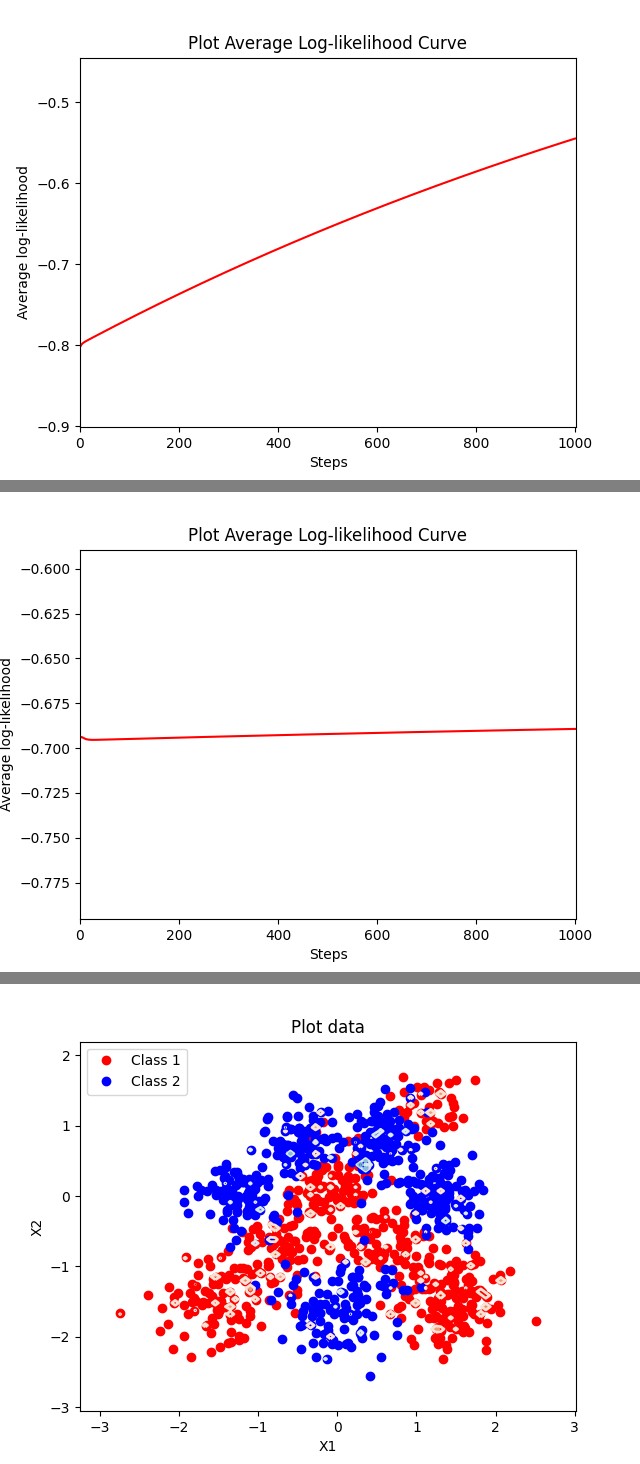
Repository: DhruvTrehan03/3F8
Script's output: python Lab.py
These files come from the project's save history. The script's output is drawn as it stood at one moment and after the next save; the edit follows.
Each picture stacks the figures in order, with grey between them; figures that are only written to a file come last. Random numbers start from a fixed seed.

Above is the script's output before, as saved 2024-02-16 13:12:04.

### Lab.py
import numpy as np
import matplotlib.pyplot as plt

def logistic(x):
    return 1.0 / (1.0 + np.exp(-x))

def plot_data_internal(X, y):
    x_min, x_max = X[ :, 0 ].min() - .5, X[ :, 0 ].max() + .5
    y_min, y_max = X[ :, 1 ].min() - .5, X[ :, 1 ].max() + .5
    xx, yy = np.meshgrid(np.linspace(x_min, x_max, 100), np.linspace(y_min, y_max, 100))
    plt.figure()
    plt.xlim(xx.min(None), xx.max(None))
    plt.ylim(yy.min(None), yy.max(None))
    ax = plt.gca()
    ax.plot(X[y == 0, 0], X[y == 0, 1], 'ro', label = 'Class 1')
    ax.plot(X[y == 1, 0], X[y == 1, 1], 'bo', label = 'Class 2')
    plt.xlabel('X1')
    plt.ylabel('X2')
    plt.title('Plot data')
    plt.legend(loc = 'upper left', scatterpoints = 1, numpoints = 1)
    return xx, yy

def plot_data(X, y):
    xx, yy = plot_data_internal(X, y)
    plt.show()

def log_likelihood (y, X, B):
    L= np.prod(np.power(sigmoid(X@B),(y)) * np.power(sigmoid(X@B),(1-y)))
    # for i in range(len(X[:,0])):
    #     L *= (sigmoid(B.T@X[i,:].T)**y[i])*(sigmoid(-B.T@X[i,:].T)**(1-y[i]))
    LL = np.log(L)
    return LL

def predict(X_tilde, w):
    return logistic(np.dot(X_tilde, w))

def get_x_tilde(X):
    return np.concatenate((np.ones((X.shape[ 0 ], 1 )), X), 1)

def plot_ll(ll):
    plt.figure()
    ax = plt.gca()
    plt.xlim(0, len(ll) + 2)
    plt.ylim(min(ll) - 0.1, max(ll) + 0.1)
    ax.plot(np.arange(1, len(ll) + 1), ll, 'r-')
    plt.xlabel('Steps')
    plt.ylabel('Average log-likelihood')
    plt.title('Plot Average Log-likelihood Curve')
    plt.show()

def plot_predictive_distribution(X, y, w, map_inputs = lambda x : x):
    xx, yy = plot_data_internal(X, y)
    ax = plt.gca()
    X_tilde = get_x_tilde(map_inputs(np.concatenate((xx.ravel().reshape((-1, 1)), yy.ravel().reshape((-1, 1))), 1)))
    Z = predict(X_tilde, w)
    Z = Z.reshape(xx.shape)
    cs2 = ax.contour(xx, yy, Z, cmap = 'RdBu', linewidths = 2)
    plt.clabel(cs2, fmt = '%2.1f', colors = 'k', fontsize = 14)
    plt.show()

def compute_average_ll(X_tilde, y, w):
    output_prob = predict(X_tilde, w)
    return np.mean(y * np.log(output_prob) + (1 - y) * np.log(1.0 - output_prob))

def fit_w(X_tilde_train, y_train, X_tilde_test, y_test, n_steps, alpha):
    w = np.random.randn(X_tilde_train.shape[ 1 ])
    ll_train = np.zeros(n_steps)
    ll_test = np.zeros(n_steps)
    for i in range(n_steps):
        sigmoid_value = predict(X_tilde_train, w)
        w += alpha * X_tilde_train.T@(y_train-sigmoid_value)     # Gradient-based update rule for w. To be completed by the student
        ll_train[ i ] = compute_average_ll(X_tilde_train, y_train, w)
        ll_test[ i ] = compute_average_ll(X_tilde_test, y_test, w)
        print(ll_train[ i ], ll_test[ i ])

    return w, ll_train, ll_test

def evaluate_basis_functions(l, X, Z):
    X2 = np.sum(X**2, 1)
    Z2 = np.sum(Z**2, 1)
    ones_Z = np.ones(Z.shape[ 0 ])
    ones_X = np.ones(X.shape[ 0 ])
    r2 = np.outer(X2, ones_Z) - 2 * np.dot(X, Z.T) + np.outer(ones_X, Z2)
    return np.exp(-0.5 / l**2 * r2)

def conf_mat(y_test, X_tilde_test, w):
    z = (predict(X_tilde_test, w)>0.5)
    P_0_0 = 0
    P_1_0 = 0
    P_0_1 = 0
    P_1_1 = 0
    for i in range(len(y_test)):
        if z[i] == 0 and y_test[i] == 0:
                P_0_0 += 1
        elif z[i] == 1 and y_test[i] == 0:
                P_1_0 += 1
        elif z[i] == 0 and y_test[i] == 1:
                P_0_1 += 1
        elif z[i] == 1 and y_test[i] == 1:
                P_1_1 += 1
    print(np.array([[P_0_0/(P_0_0+P_1_0), P_1_0/(P_0_0+P_1_0)],[P_0_1/(P_0_1+P_1_1), P_1_1/(P_0_1+P_1_1)]]))

X = np.loadtxt('X.txt')
y = np.loadtxt('y.txt')
permutation = np.random.permutation(X.shape[ 0 ])
X = X[ permutation, : ]
y = y[ permutation ]

n_train = 800
X_train = X[ 0 : n_train, : ]
X_test = X[ n_train :, : ]
y_train = y[ 0 : n_train ]
y_test = y[ n_train : ]

# Eta = 0.001
# Max_it = 100

# X_tilde_train = get_x_tilde(X_train)
# X_tilde_test = get_x_tilde(X_test)
# w, ll_train, ll_test = fit_w(X_tilde_train, y_train, X_tilde_test, y_test, Max_it, Eta)
# plot_ll(ll_train)
# plot_ll(ll_test)
# plot_predictive_distribution(X, y, w)

l = 0.01 # Width of the Gaussian basis funcction. To be completed by the student

X_tilde_train = get_x_tilde(evaluate_basis_functions(l, X_train, X_train))
X_tilde_test = get_x_tilde(evaluate_basis_functions(l, X_test, X_train))

# We train the new classifier on the feature expanded inputs

alpha = 0.001 # Learning rate for gradient-based optimisation with basis functions. To be completed by the student
n_steps = 1000 # Number of steps of gradient-based optimisation with basis functions. To be completed by the student

w, ll_train, ll_test = fit_w(X_tilde_train, y_train, X_tilde_test, y_test, n_steps, alpha)

# We plot the training and test log likelihoods

plot_ll(ll_train)
plot_ll(ll_test)

# We plot the predictive distribution

plot_predictive_distribution(X, y, w, lambda x : evaluate_basis_functions(l, x, X_train))
conf_mat(y_test, X_tilde_train, w)

### y.txt
0
0
1
1
1
0
1
0
0
1
0
0
1
0
0
1
1
1
0
0
0
0
1
1
1
0
1
1
1
1
0
1
0
1
0
0
0
1
1
0
0
1
1
1
1
1
1
0
0
1
0
0
1
1
1
1
1
1
1
1
1
1
0
1
0
1
0
1
1
1
0
1
0
1
1
1
0
1
0
0
1
1
1
1
0
1
0
0
0
1
0
1
1
1
1
1
1
0
0
1
1
0
0
1
1
1
1
0
0
1
0
0
0
0
1
1
0
1
1
0
0
1
1
1
0
0
1
0
0
1
0
1
0
1
0
0
1
0
0
1
0
1
1
0
1
0
1
1
0
1
1
1
0
0
1
1
1
0
0
0
0
0
1
1
0
0
0
1
1
1
1
1
1
1
1
1
1
0
0
0
1
0
0
1
1
1
1
1
0
0
1
1
0
0
0
0
0
0
1
1
1
0
1
0
1
1
0
0
1
1
0
1
1
1
0
0
0
0
0
1
0
1
1
0
1
0
1
0
0
0
1
0
1
0
1
1
1
0
1
1
1
1
1
1
0
0
0
0
0
0
1
1
1
0
0
0
0
1
0
0
1
1
1
1
1
0
1
1
1
0
0
0
1
1
0
1
0
1
0
0
1
0
1
0
0
0
1
1
1
0
1
1
1
0
0
1
1
0
1
1
0
1
1
0
0
0
0
0
1
1
0
0
1
0
1
1
0
0
1
1
0
0
0
0
0
0
1
0
0
1
0
1
0
0
1
0
0
0
0
0
0
0
1
1
0
0
0
1
0
0
0
1
0
0
0
1
0
1
0
1
0
1
0
0
1
0
0
1
0
0
1
0
1
0
1
1
1
1
1
1
0
0
0
0
0
0
0
1
1
0
0
1
1
0
0
0
0
0
1
0
0
1
0
1
1
1
1
1
0
0
0
1
1
1
1
1
1
1
1
1
1
1
0
0
1
0
0
1
1
0
1
0
0
1
0
1
0
1
0
1
1
1
0
0
0
1
1
1
0
1
1
1
0
1
1
1
1
1
1
1
0
0
0
0
1
0
0
1
1
1
1
1
1
1
1
1
0
0
0
1
1
0
0
1
0
0
0
0
0
0
0
0
1
0
0
0
0
1
0
1
0
0
0
0
0
1
1
1
0
1
0
0
1
0
0
0
1
0
1
0
1
1
0
0
1
1
1
0
0
1
1
1
1
0
1
1
1
1
1
0
1
1
0
0
0
1
0
0
0
0
0
0
0
0
1
0
0
1
1
1
1
0
0
0
1
1
1
1
0
0
1
0
0
0
1
0
1
1
0
1
0
0
1
0
0
1
0
0
0
1
0
0
1
0
0
1
0
0
0
1
0
1
0
0
0
1
0
1
0
1
1
1
0
1
1
0
0
1
1
0
0
1
0
1
0
1
1
1
1
1
0
1
0
0
1
0
1
0
1
1
1
0
0
1
0
1
0
0
1
1
0
0
0
1
0
0
1
1
1
1
0
1
0
0
0
0
1
1
0
0
0
0
1
1
1
1
0
1
0
0
1
0
1
0
0
1
0
1
1
1
1
1
0
0
0
1
0
1
0
0
0
1
0
0
0
1
0
0
1
0
0
0
1
0
1
1
1
1
1
0
1
0
1
1
0
0
0
0
0
0
1
1
0
0
0
1
0
0
0
0
1
1
0
0
0
0
1
0
0
0
0
1
1
0
0
0
1
0
1
0
1
1
1
0
0
1
0
1
1
0
0
1
1
0
0
1
0
1
0
1
0
1
1
0
1
0
0
1
1
0
1
1
1
0
1
0
0
0
1
1
0
1
0
0
0
1
0
0
0
1
0
1
0
1
0
1
1
1
0
1
1
1
0
0
1
0
0
1
0
0
0
1
0
1
1
0
0
1
0
1
0
0
1
0
1
1
1
0
0
0
1
1
0
0
1
1
1
0
1
1
1
1
1
0
0
0
1
0
1
1
0
1
0
1
0
1
1
1
0
1
0
1
0
0
0
1
1
1
1
0
0
0
0
1
1
0
1
0
1
0
0
1
1
1
0
1
1
1
0
0
1
0
1
0
1
0
0
0
1
0
0
0
0
0
0
1
0
0
0
0
0
0
0
1
0
1
1
0
1
0
1
1
1
0
0
1
0
1
0
0
1
1
1
0
1
1
1
1
1
1
1
1
1
1
1
0
0
0
1
1
1
1
1
1
1
0
0
1
0
0
1
0
0
0
0
0
1
0
1
1
0
1
0
0
1
0
0
0
0
1

Loaded but not shown: X.txt (1000 lines, source omitted)

After the next save:
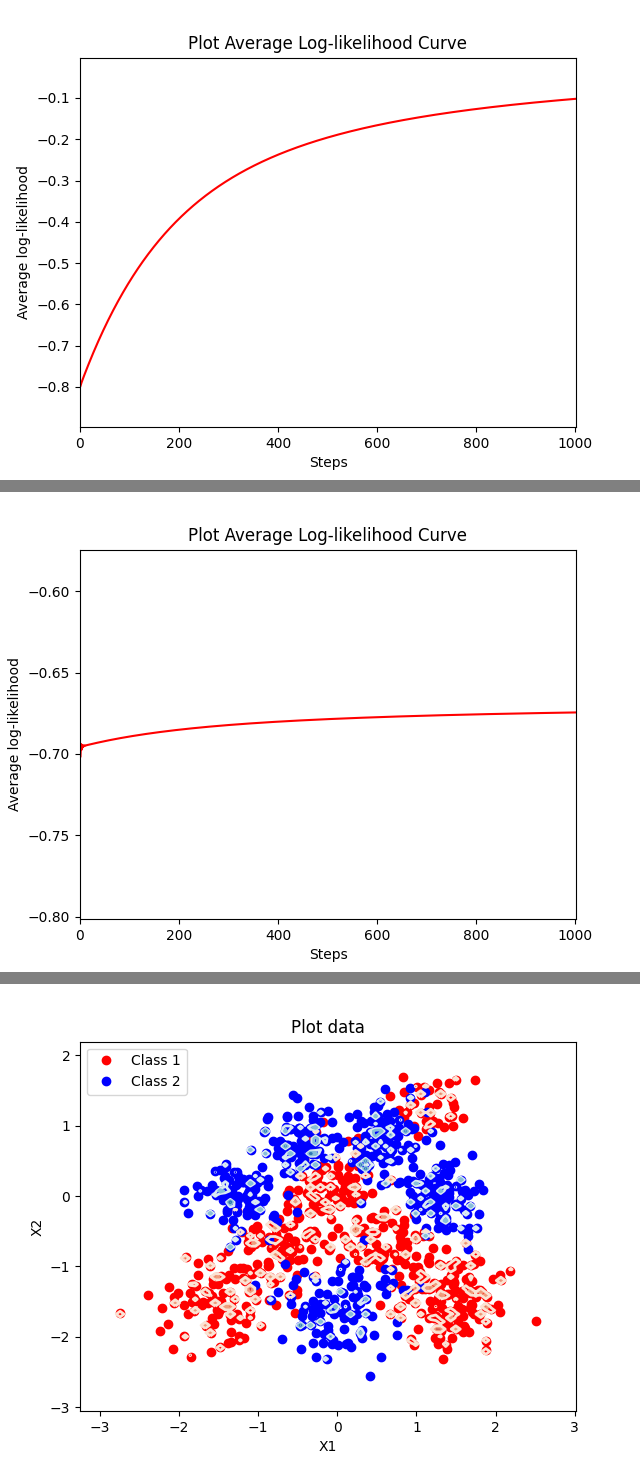
Saved 14 s later.
--- a/Lab.py
+++ b/Lab.py
@@ -129,7 +129,7 @@ X_tilde_test = get_x_tilde(evaluate_basis_functions(l, X_test, X_train))
 
 # We train the new classifier on the feature expanded inputs
 
-alpha = 0.001 # Learning rate for gradient-based optimisation with basis functions. To be completed by the student
+alpha = 0.01 # Learning rate for gradient-based optimisation with basis functions. To be completed by the student
 n_steps = 1000 # Number of steps of gradient-based optimisation with basis functions. To be completed by the student
 
 w, ll_train, ll_test = fit_w(X_tilde_train, y_train, X_tilde_test, y_test, n_steps, alpha)
